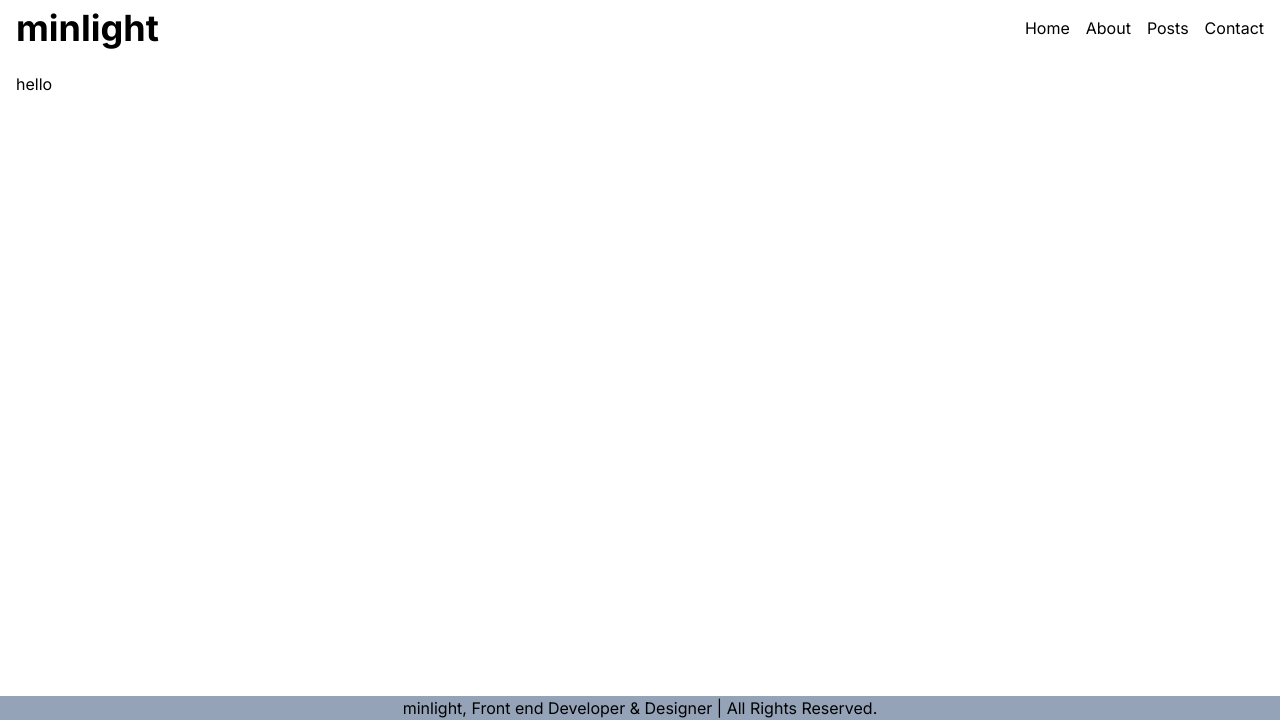
Repository: kwngmin/minlight-blog
Page: /posts
An editor plug-in stored every save of this project. The page is shown before and after the next save, followed by the edit.
The browser window is 1280 px wide. The pictures show the whole page.
The project was rebuilt for these pictures with package versions that can differ from the ones it lists, and the page was loaded fresh each time. The framework's server and built-in components were replaced by stand-ins that run in the browser. Also part of the build but not shown: next.config.js.

Above is the page before, as saved 2023-03-30 16:27:16.

### src/app/layout.tsx
import Footer from "@/components/Footer";
import "./globals.css";
import { Inter } from "next/font/google";
import Header from "@/components/Header";

const inter = Inter({ subsets: ["latin"] });

export const metadata = {
  title: "Create Next App",
  description: "Generated by create next app",
};

export default function RootLayout({
  children,
}: {
  children: React.ReactNode;
}) {
  return (
    <html lang="en" className={inter.className}>
      <body className="flex flex-col w-full max-w-screen-2xl mx-auto">
        <Header />
        <main className="grow m-4">{children}</main>
        <Footer />
      </body>
    </html>
  );
}

### src/app/posts/page.tsx
export default function PostsPage() {
  return <p>hello</p>;
}

### src/components/Footer.tsx
export default function Footer() {
  return (
    <p className="bg-slate-400 text-center">
      minlight, Front end Developer & Designer | All Rights Reserved.
    </p>
  );
}

### src/app/globals.css
@tailwind base;
@tailwind components;
@tailwind utilities;

* {
  box-sizing: border-box;
  padding: 0;
  margin: 0;
}

html,
body {
  height: 100vh;
  overflow-y: auto;
}

/*
:root {
  --max-width: 1100px;
  --border-radius: 12px;
  --font-mono: ui-monospace, Menlo, Monaco, "Cascadia Mono", "Segoe UI Mono",
    "Roboto Mono", "Oxygen Mono", "Ubuntu Monospace", "Source Code Pro",
    "Fira Mono", "Droid Sans Mono", "Courier New", monospace;

  --foreground-rgb: 0, 0, 0;
  --background-start-rgb: 214, 219, 220;
  --background-end-rgb: 255, 255, 255;

  --primary-glow: conic-gradient(
    from 180deg at 50% 50%,
    #16abff33 0deg,
    #0885ff33 55deg,
    #54d6ff33 120deg,
    #0071ff33 160deg,
    transparent 360deg
  );
  --secondary-glow: radial-gradient(
    rgba(255, 255, 255, 1),
    rgba(255, 255, 255, 0)
  );

  --tile-start-rgb: 239, 245, 249;
  --tile-end-rgb: 228, 232, 233;
  --tile-border: conic-gradient(
    #00000080,
    #00000040,
    #00000030,
    #00000020,
    #00000010,
    #00000010,
    #00000080
  );

  --callout-rgb: 238, 240, 241;
  --callout-border-rgb: 172, 175, 176;
  --card-rgb: 180, 185, 188;
  --card-border-rgb: 131, 134, 135;
}

@media (prefers-color-scheme: dark) {
  :root {
    --foreground-rgb: 255, 255, 255;
    --background-start-rgb: 0, 0, 0;
    --background-end-rgb: 0, 0, 0;

    --primary-glow: radial-gradient(rgba(1, 65, 255, 0.4), rgba(1, 65, 255, 0));
    --secondary-glow: linear-gradient(
      to bottom right,
      rgba(1, 65, 255, 0),
      rgba(1, 65, 255, 0),
      rgba(1, 65, 255, 0.3)
    );

    --tile-start-rgb: 2, 13, 46;
    --tile-end-rgb: 2, 5, 19;
    --tile-border: conic-gradient(
      #ffffff80,
      #ffffff40,
      #ffffff30,
      #ffffff20,
      #ffffff10,
      #ffffff10,
      #ffffff80
    );

    --callout-rgb: 20, 20, 20;
    --callout-border-rgb: 108, 108, 108;
    --card-rgb: 100, 100, 100;
    --card-border-rgb: 200, 200, 200;
  }
}

* {
  box-sizing: border-box;
  padding: 0;
  margin: 0;
}

html,
body {
  max-width: 100vw;
  overflow-x: hidden;
}

body {
  color: rgb(var(--foreground-rgb));
  background: linear-gradient(
      to bottom,
      transparent,
      rgb(var(--background-end-rgb))
    )
    rgb(var(--background-start-rgb));
}

a {
  color: inherit;
  text-decoration: none;
}

@media (prefers-color-scheme: dark) {
  html {
    color-scheme: dark;
  }
} */

### src/components/Header.tsx
import Link from "next/link";

export default function Header() {
  return (
    <div className="flex justify-between items-center mx-4 my-2">
      <Link href="/">
        <h1 className="text-4xl font-bold">minlight</h1>
      </Link>
      <nav className="flex gap-4">
        <Link href="/">Home</Link>
        <Link href="/about">About</Link>
        <Link href="/posts">Posts</Link>
        <Link href="/contact">Contact</Link>
      </nav>
    </div>
  );
}

Loaded but not shown: tailwind.config.js (common file)

After the next save:
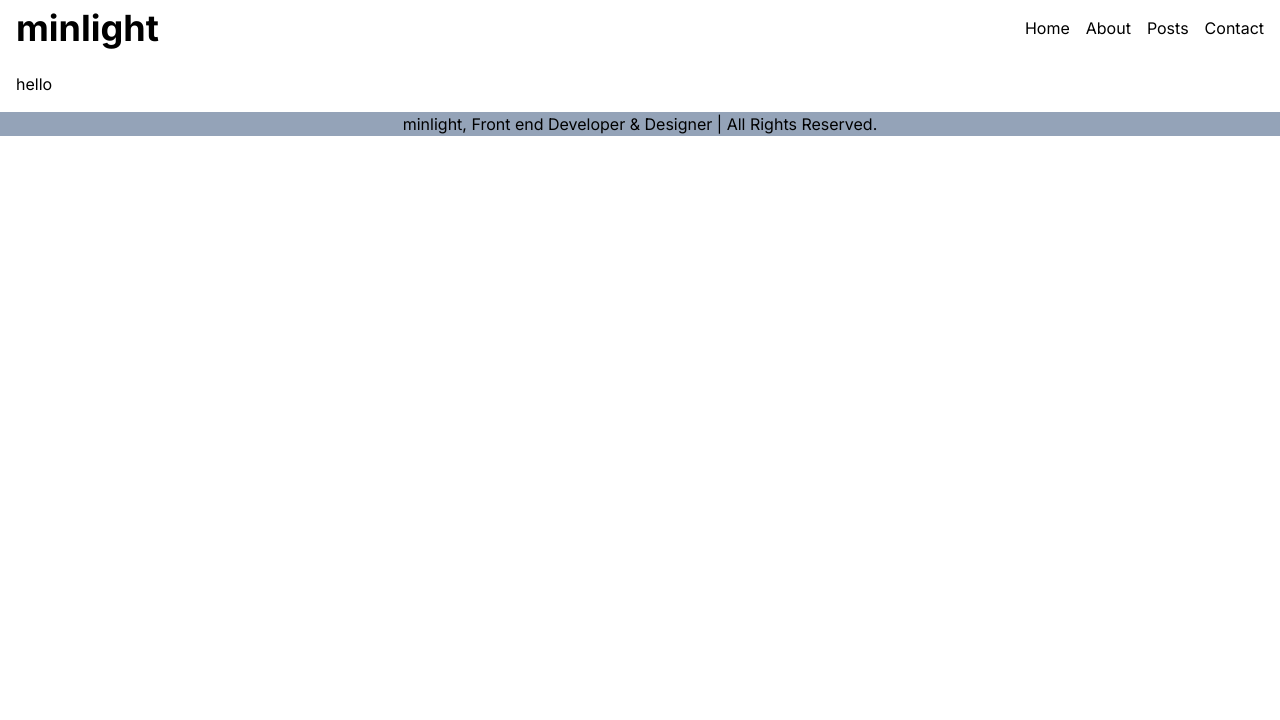
Saved 3 min 36 s later.
--- a/src/app/layout.tsx
+++ b/src/app/layout.tsx
@@ -19,7 +19,7 @@
     <html lang="en" className={inter.className}>
       <body className="flex flex-col w-full max-w-screen-2xl mx-auto">
         <Header />
-        <main className="grow m-4">{children}</main>
+        <main className="m-4">{children}</main>
         <Footer />
       </body>
     </html>

After the save that followed:
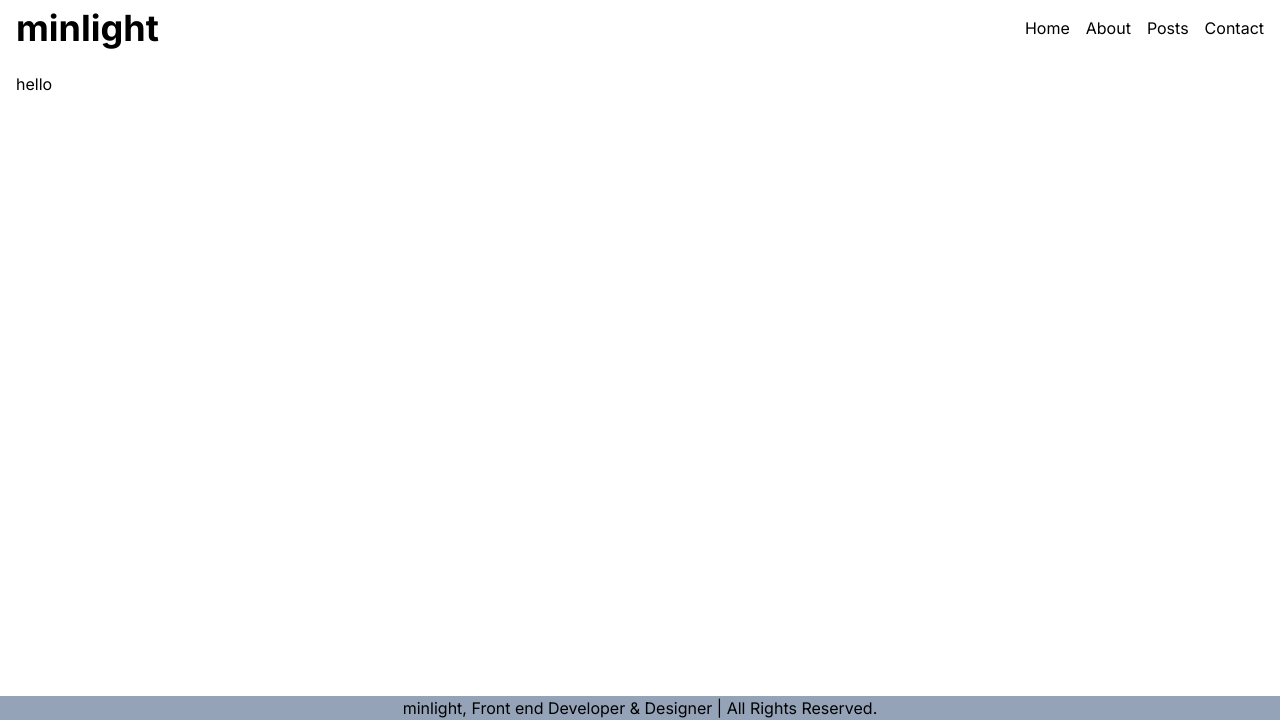
Saved 59 s later.
--- a/src/app/layout.tsx
+++ b/src/app/layout.tsx
@@ -19,7 +19,7 @@
     <html lang="en" className={inter.className}>
       <body className="flex flex-col w-full max-w-screen-2xl mx-auto">
         <Header />
-        <main className="m-4">{children}</main>
+        <main className="grow m-4">{children}</main>
         <Footer />
       </body>
     </html>
